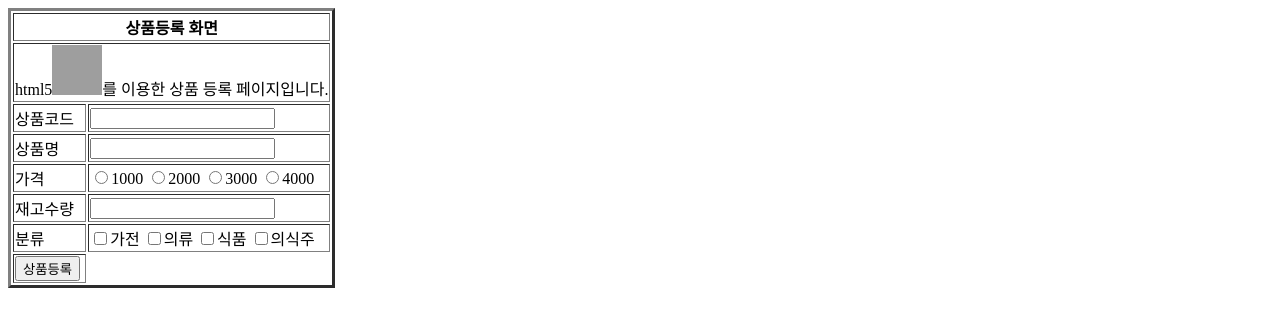
Repository: Kray273/JSLab
Page: html/src/main/webapp/Day96/productform.html
These files come from the project's save history. The page is drawn as it stood at one moment and after the next save; the edit follows.
The browser window is 1280 px wide. The pictures show the whole page.
Pictures or frames that could not be fetched are drawn as grey boxes.

Above is the page before, as saved 2022-11-24 08:20:15.

After the next save:
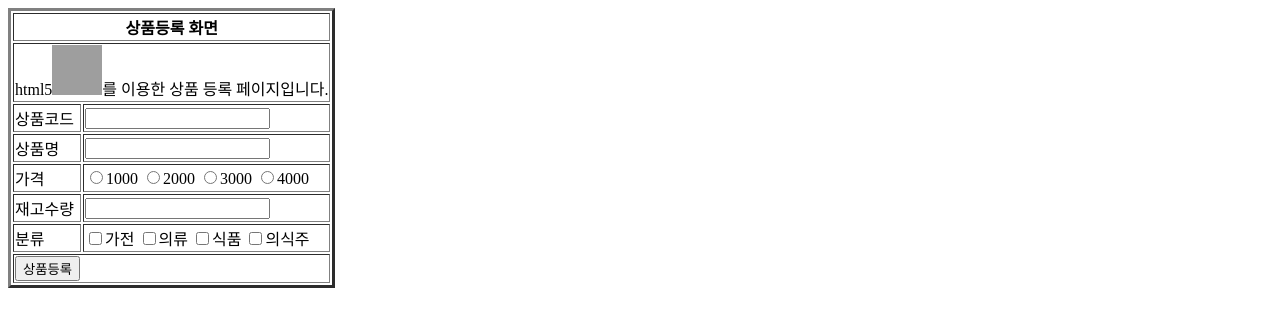
Saved 4 s later.
--- a/html/src/main/webapp/Day96/productform.html
+++ b/html/src/main/webapp/Day96/productform.html
@@ -44,7 +44,7 @@
 			</td>
 		</tr>
 		<tr>
-			<td 채ㅣspan="2"><input type="submit" value="상품등록"></td>
+			<td colspan="2"><input type="submit" value="상품등록"></td>
 		</tr>
 	</table>
 </form>
